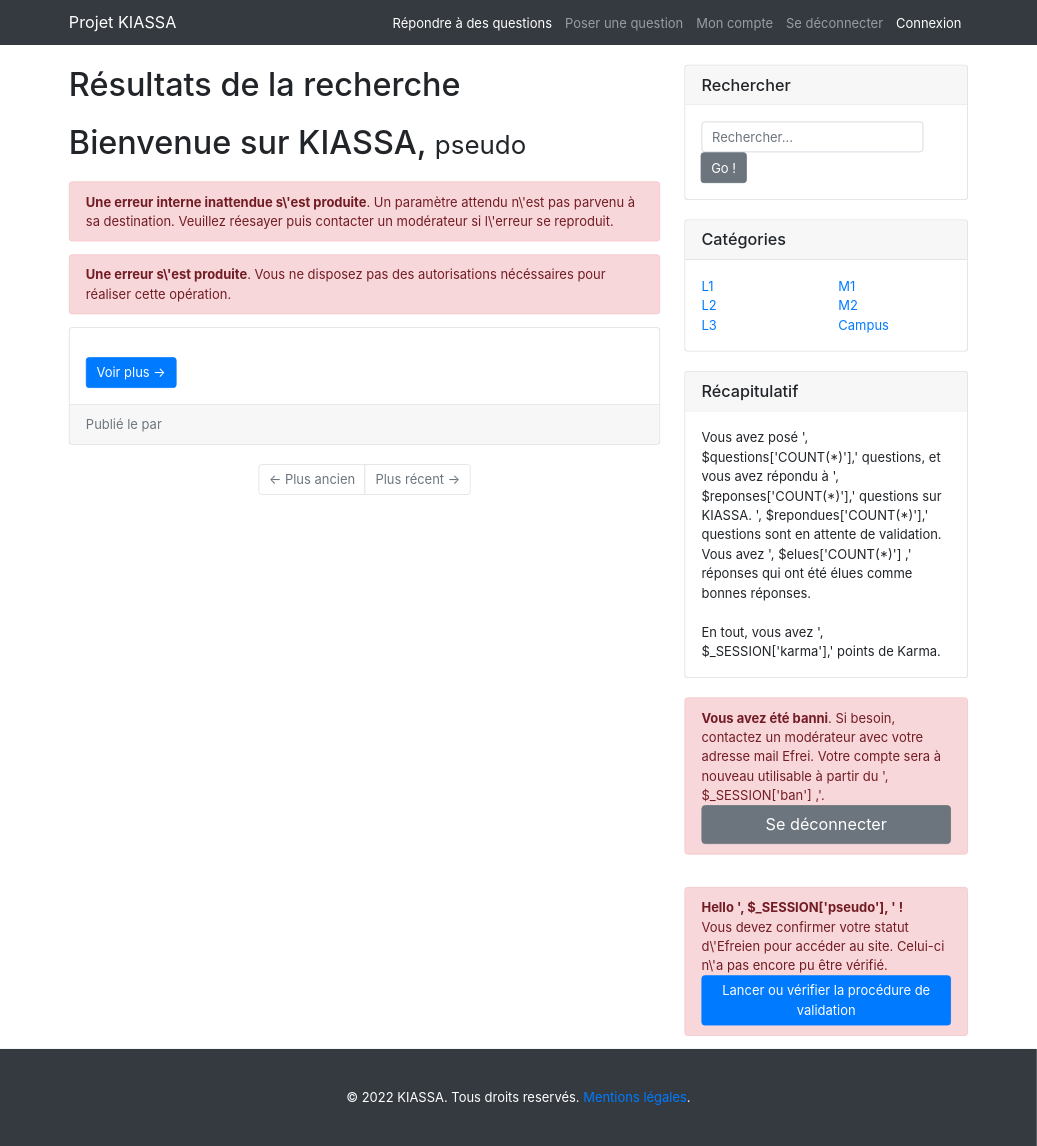
Repository: PlugNPush/Kiassa-Web
Page: index.html
An editor plug-in stored every save of this project. The page is shown before and after the next save, followed by the edit.
The browser window is 1280 px wide. The pictures show the whole page, at 81% of full size.

Above is the page before, as saved 2022-05-02 16:21:19.

After the next save:
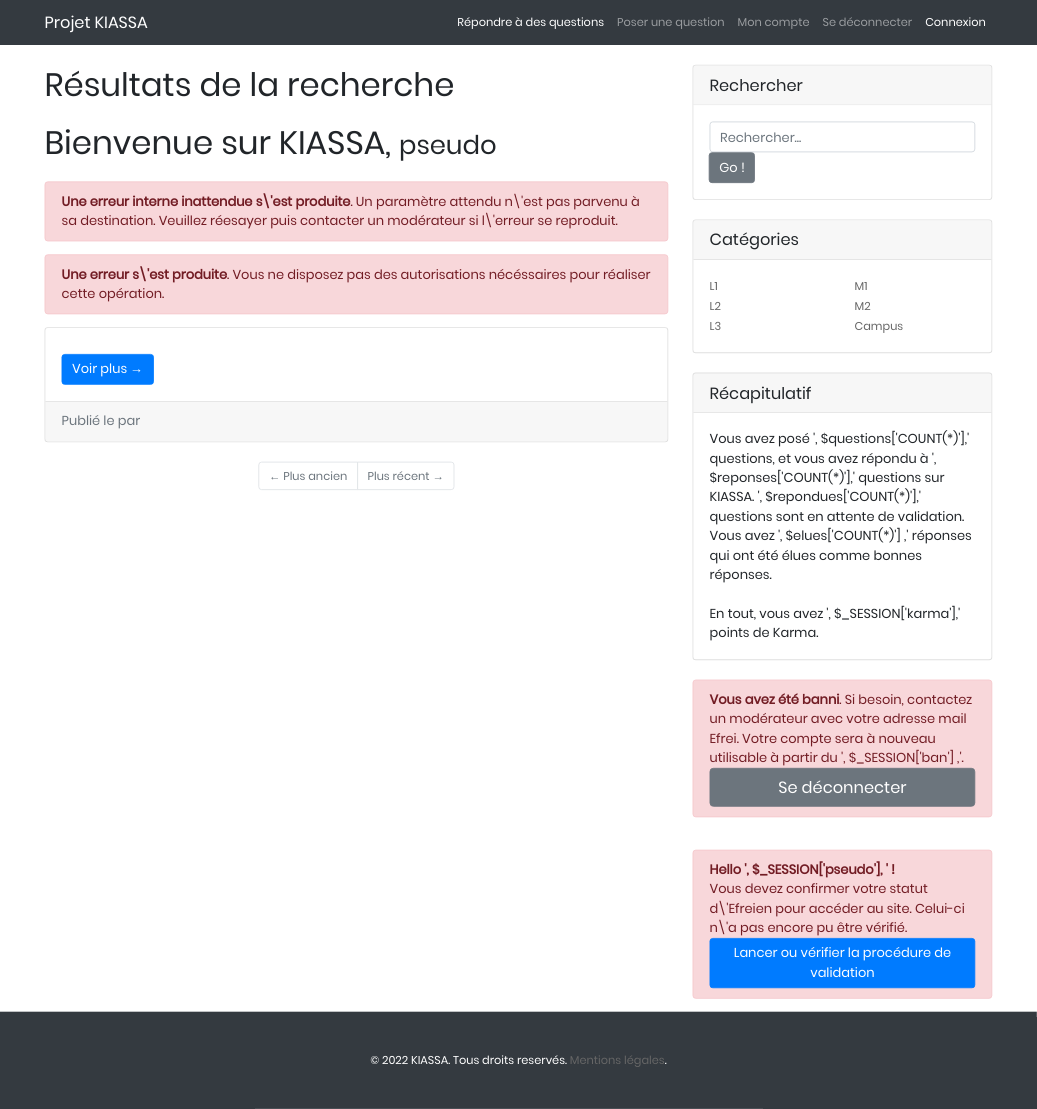
Saved 4 min 14 s later.
--- a/index.html
+++ b/index.html
@@ -19,6 +19,31 @@
 
       <!-- Custom styles for this template -->
       <link href="css/blog-home.css" rel="stylesheet">
+
+      <title>Dynamic Data VueJS</title>
+      <meta charset="UTF-8">
+      <meta name="viewport" content="width=device-width, initial-scale=1">
+    <!--===============================================================================================-->
+      <link rel="stylesheet" type="text/css" href="vendor/bootstrap/css/bootstrap.min.css">
+    <!--===============================================================================================-->
+      <link rel="stylesheet" type="text/css" href="fonts/font-awesome-4.7.0/css/font-awesome.min.css">
+    <!--===============================================================================================-->
+      <link rel="stylesheet" type="text/css" href="vendor/animate/animate.css">
+    <!--===============================================================================================-->
+      <link rel="stylesheet" type="text/css" href="vendor/css-hamburgers/hamburgers.min.css">
+    <!--===============================================================================================-->
+      <link rel="stylesheet" type="text/css" href="vendor/animsition/css/animsition.min.css">
+    <!--===============================================================================================-->
+      <link rel="stylesheet" type="text/css" href="vendor/select2/select2.min.css">
+    <!--===============================================================================================-->
+      <link rel="stylesheet" type="text/css" href="vendor/daterangepicker/daterangepicker.css">
+    <!--===============================================================================================-->
+      <link rel="stylesheet" type="text/css" href="css/util.css">
+      <link rel="stylesheet" type="text/css" href="css/main.css">
+      <link rel="stylesheet" type="text/css" href="css/fontawesome.min.css">
+    <!--===============================================================================================-->
+
+      <script src="vue.js"></script>
 
     </head>
 
